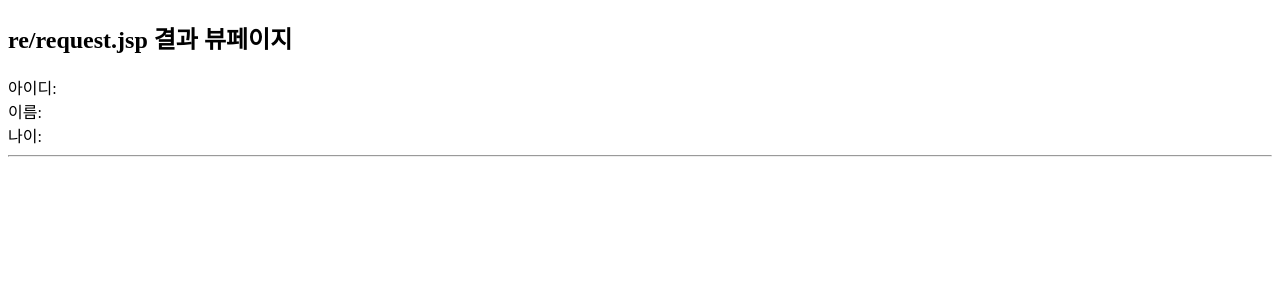
Repository: gotohellll/springweb
Page: http://localhost/espringweb/re/request.do
An editor plug-in stored every save of this project. The page is shown before and after the next save, followed by the edit.
The browser window is 1280 px wide. The pictures show the whole page.
The page is served by Tomcat 9.

Above is the page before, as saved 2025-05-02 06:03:55.

After the next save:
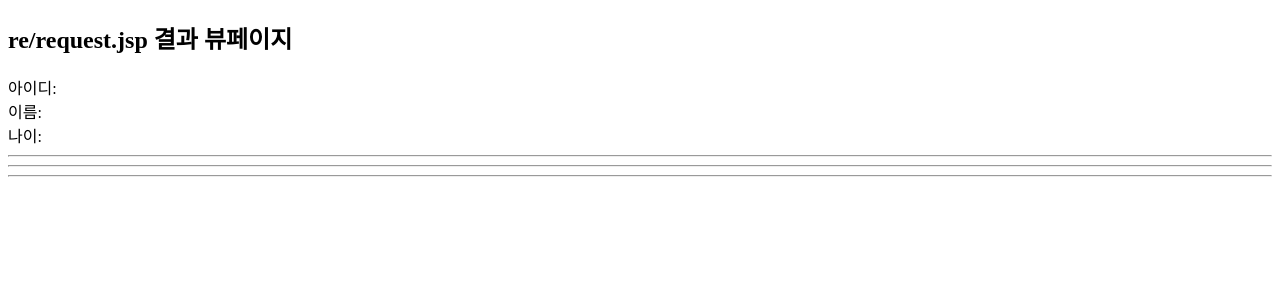
Saved 17 s later.
--- a/espringweb/src/main/webapp/WEB-INF/views/re/request.jsp
+++ b/espringweb/src/main/webapp/WEB-INF/views/re/request.jsp
@@ -14,6 +14,9 @@
 이름: ${param.name} <br/>
 나이: ${param.age} <br/>
 
+<hr/><hr/>
+
+
 <hr/>
 
 </body>
